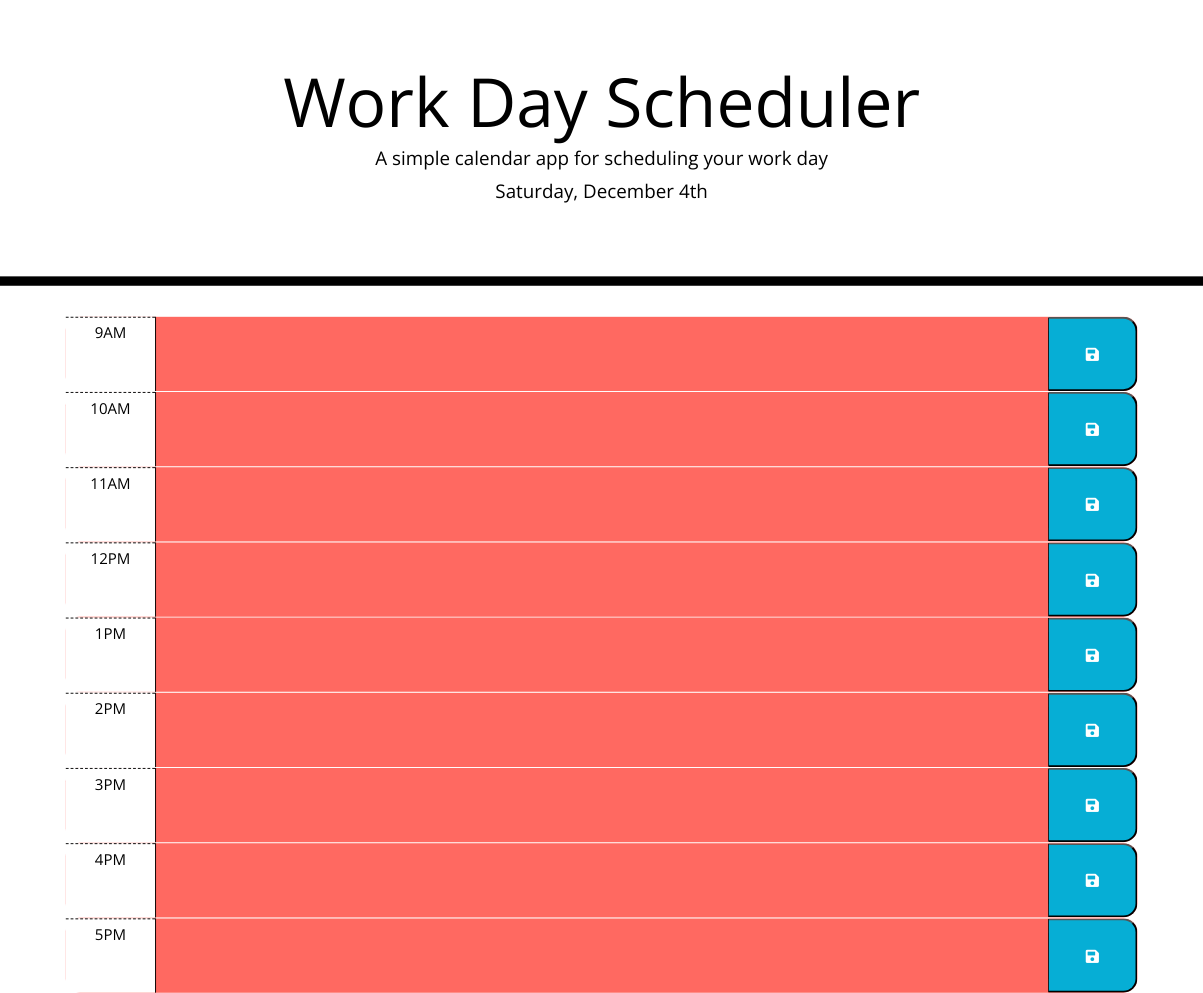
Repository: brenhamp/work-day-scheduler
Page: Develop/index.html
These files come from the project's save history. The page is drawn as it stood at one moment and after the next save; the edit follows.
The browser window is 1280 px wide. The pictures show the whole page, at 94% of full size.
Some web libraries are served in a nearby version.

Above is the page before, as saved 2021-12-05 22:26:23.

### Develop/index.html
<!DOCTYPE html>
<html lang="en">
  <head>
    <meta charset="UTF-8" />
    <meta name="viewport" content="width=device-width, initial-scale=1.0" />
    <meta http-equiv="X-UA-Compatible" content="ie=edge" />
    <link
      rel="stylesheet"
      href="https://stackpath.bootstrapcdn.com/bootstrap/4.3.1/css/bootstrap.min.css"
    />
    <link
      rel="stylesheet"
      href="https://use.fontawesome.com/releases/v5.8.1/css/all.css"
      integrity="sha384-50oBUHEmvpQ+1lW4y57PTFmhCaXp0ML5d60M1M7uH2+nqUivzIebhndOJK28anvf"
      crossorigin="anonymous"
    />
    <link
      href="https://fonts.googleapis.com/css?family=Open+Sans&display=swap"
      rel="stylesheet"
    />
    <link rel="stylesheet" href="style.css" />
    <title>Work Day Scheduler</title>
  </head>

  <body>
    <header class="jumbotron">
      <h1 class="display-3">Work Day Scheduler</h1>
      <p class="lead">A simple calendar app for scheduling your work day</p>
      <p id="currentDay" class="lead"></p>
    </header>
    <div class="container">
      <!-- Timeblocks go here -->
      <div class="row time-block" id="9">
        <div class="col-1 hour pt-2">9AM</div>
        <textarea class="col-10 plan"></textarea>
        <button id="9am" class="col saveBtn"><i class="fas fa-save"></i></button>
      </div>

      <div class="row time-block" id="10">
        <div class="col-1 hour pt-2">10AM</div>
        <textarea class="col-10 plan"></textarea>
        <button id="10am" class="col saveBtn"><i class="fas fa-save"></i></button>
      </div>

      <div class="row time-block" id="11">
        <div class="col-1 hour pt-2">11AM</div>
        <textarea class="col-10 plan"></textarea>
        <button id="11am" class="col saveBtn"><i class="fas fa-save"></i></button>
      </div>

      <div class="row time-block" id="12">
        <div class="col-1 hour pt-2">12PM</div>
        <textarea class="col-10 plan"></textarea>
        <button id="12pm" class="col saveBtn"><i class="fas fa-save"></i></button>
      </div>

      <div class="row time-block" id="13">
        <div class="col-1 hour pt-2">1PM</div>
        <textarea class="col-10 plan"></textarea>
        <button id="1pm" class="col saveBtn"><i class="fas fa-save"></i></button>
      </div>

      <div class="row time-block" id="14">
        <div class="col-1 hour pt-2">2PM</div>
        <textarea class="col-10 plan"></textarea>
        <button id="2pm" class="col saveBtn"><i class="fas fa-save"></i></button>
      </div>

      <div class="row time-block" id="15">
        <div class="col-1 hour pt-2">3PM</div>
        <textarea class="col-10 plan"></textarea>
        <button id="3pm" class="col saveBtn"><i class="fas fa-save"></i></button>
      </div>

      <div class="row time-block" id="16">
        <div class="col-1 hour pt-2">4PM</div>
        <textarea class="col-10 plan"></textarea>
        <button id="4pm" class="col saveBtn"><i class="fas fa-save"></i></button>
      </div>

      <div class="row time-block" id="17">
        <div class="col-1 hour pt-2">5PM</div>
        <textarea class="col-10 plan"></textarea>
        <button id="5pm" class="col saveBtn"><i class="fas fa-save"></i></button>
      </div>
    </div>

    <script src="https://code.jquery.com/jquery-3.4.1.min.js"></script>
    <script src="https://cdnjs.cloudflare.com/ajax/libs/moment.js/2.24.0/moment.min.js"></script>
    <script src="./script.js"></script>
  </body>
</html>

### assets/css/style.css
body {
  font-family: 'Open Sans', sans-serif;
  font-size: 16px;
  line-height: 1;
}

textarea{
  background: transparent;
  border: none;
  resize: none;
  color: #000000;
  border-left: 1px solid black;
  padding: 10px;
}

.jumbotron {
  text-align: center;
  background-color: transparent;
  color: black;
  border-radius: 0;
  border-bottom: 10px solid black;
}

.description{
  white-space: pre-wrap;
}

.time-block{
  text-align: center;
  border-radius: 15px;
}

.row {
  white-space: pre-wrap;
  height: 80px;
  border-top: 1px solid white;;
}

.hour {
  background-color: #ffffff;
  color: #000000;
  border-top: 1px dashed #000000;
}

.past {
  background-color: #d3d3d3;
  color: white;
}

.present {
  background-color: #ff6961;
  color: white;
}

.future {
  background-color: #77dd77;
  color: white;
}

.saveBtn {
  border-left: 1px solid black;
  border-top-right-radius: 15px;
  border-bottom-right-radius: 15px;
  background-color: #06AED5;
  color: white;
}

.saveBtn i:hover {
  font-size: 20px;
  transition: all .3s ease-in-out;
}

### Develop/script.js


$(document).ready(function() {

    //display today's date
$("#currentDay").text(moment().format("dddd, MMMM Do"));
var currentTime = moment().format("H A");
var events = [];

    //when the user clicks the save button
    $(".saveBtn").click(function(event) {
        //pull the time ID from the chosen slot
        var value = $(this).siblings(".plan").val();
        var time = $(this).parent().attr("id");
        var dateAdded = moment().format("dddd, MMMM Do");

        events.push({description: value, time: time, date: dateAdded});

        //put in local storage
        localStorage.setItem("events", JSON.stringify(events));
    });

    //check if user's current time is before or after the selected time slot
function timeCheck() {
    //get current hour
    var hourNow = moment().hours();
    console.log(hourNow);

    //check hour of each block
    $(".time-block").each(function() {
        var timeBlockHour = parseInt($(this).attr("id").split("-")[1]);
        console.log(timeBlockHour);


    //compare and assign classes
    if (timeBlockHour < hourNow) {
        $(this).addClass("past");
    }

    else if (timeBlockHour > hourNow) {
        $(this).removeClass("past");
        $(this).addClass("future");
    }

    else {
        $(this).removeClass("past");
        $(this).removeClass("future");
        $(this).addClass("present");
    }
});
}

//call the function
timeCheck();

//check if current time has changed
var secondsLeft = 5;
function setTime() {
    setInterval(function() {
        secondsLeft--;

        if (secondsLeft === 0) {
            timeCheck();
            secondsLeft = 5;
        }

    }, 1000);
    }
    setTime();

//check if the date has rolled over
var today = moment().format("dddd, MMMM Do");
    for (var i = 0; i < events.length; i++) {
        if (today.isAfter(events[i].date)) {
            events[i].description = "";
            events[i].time = "";
            events[i].date = "";
            events.length = 0;
        }
    }

//check localstorage for saved data in any time block
var storedEvents = JSON.parse(localStorage.getItem("events"));
    if (storedEvents !== null) {
        events = storedEvents;
    }

    for (var i = 0; i < events.length; i++) {
        var userDescription = events[i].description;
        $("#" + events[i].time).children(".plan").text(userDescription);
    }

var interval = setInterval(timeCheck, 15000)
});

After the next save:
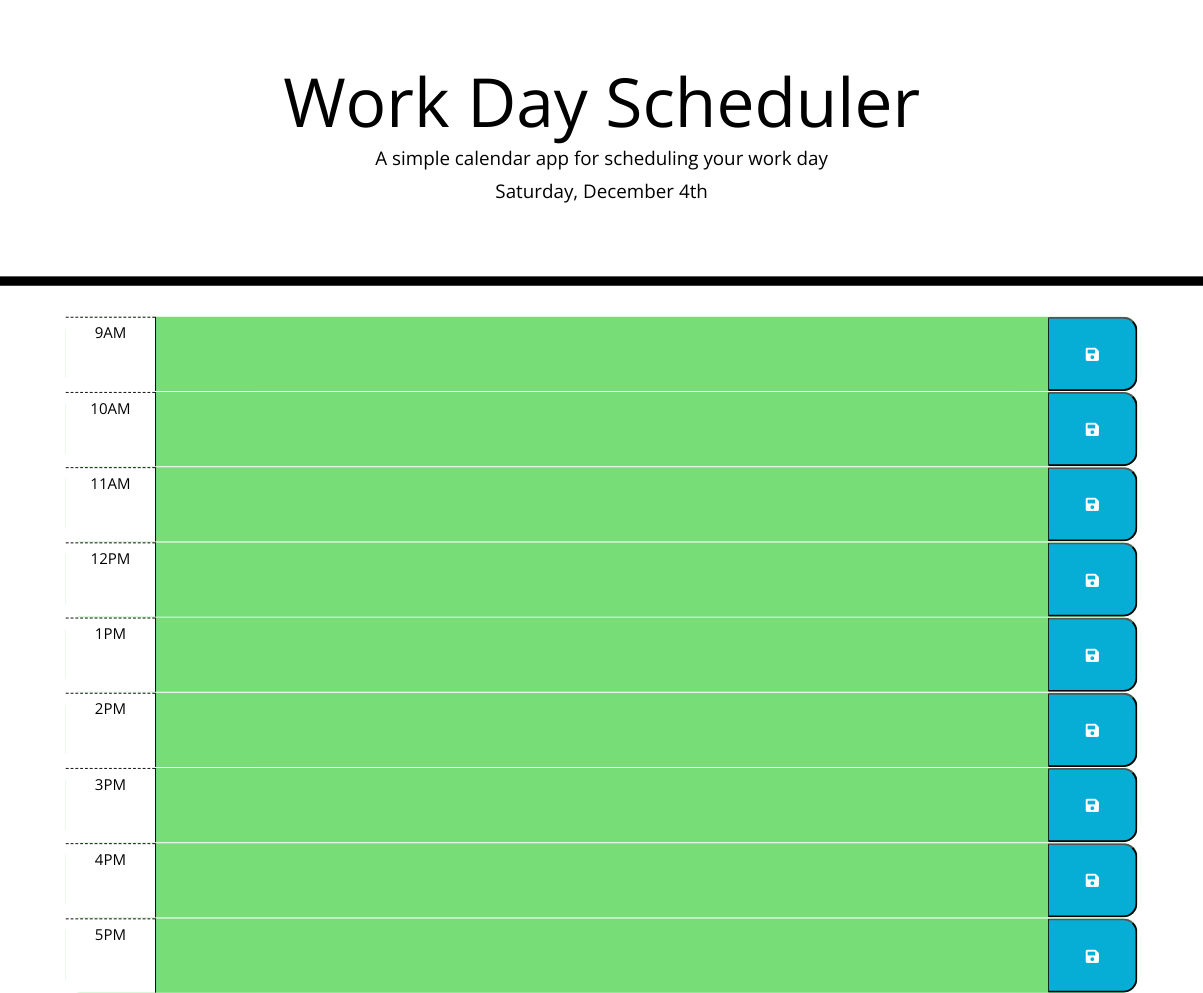
Saved 3 min 11 s later.
--- a/Develop/script.js
+++ b/Develop/script.js
@@ -28,7 +28,7 @@
 
     //check hour of each block
     $(".time-block").each(function() {
-        var timeBlockHour = parseInt($(this).attr("id").split("-")[1]);
+        var timeBlockHour = parseInt($(this).attr("id"));
         console.log(timeBlockHour);
 
 

After the 2 saves that followed:
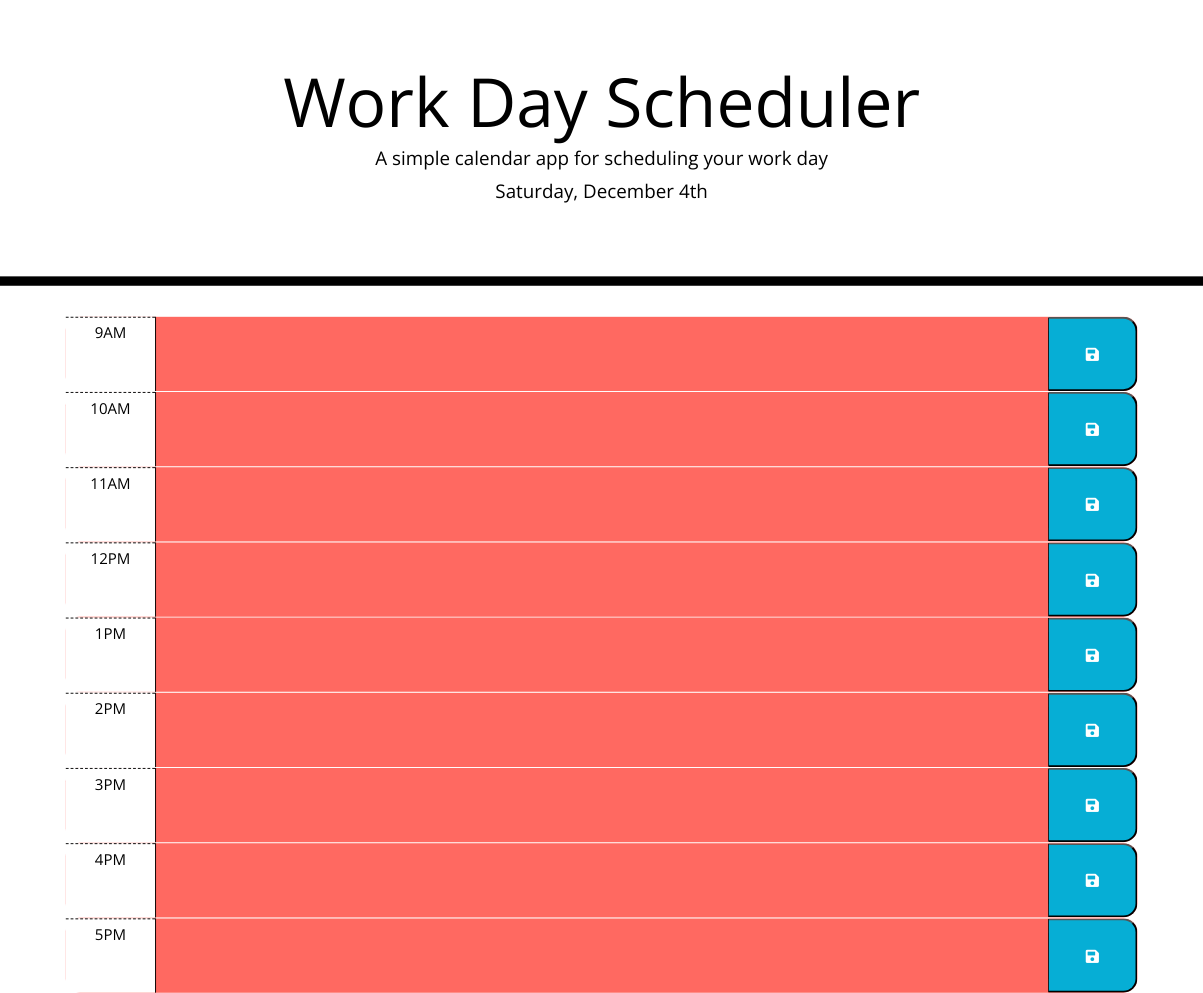
The 2 saves are shown as one change because 1 left the picture as it was.
The last was saved 104 s later.
--- a/Develop/script.js
+++ b/Develop/script.js
@@ -28,17 +28,20 @@
 
     //check hour of each block
     $(".time-block").each(function() {
-        var timeBlockHour = parseInt($(this).attr("id"));
+        var timeBlockHour = parseInt($(this).attr("id").split("-")[1]);
         console.log(timeBlockHour);
 
 
     //compare and assign classes
     if (timeBlockHour < hourNow) {
+        $(this).removeClass("future")
+        $(this).removeClass("present");
         $(this).addClass("past");
     }
 
     else if (timeBlockHour > hourNow) {
         $(this).removeClass("past");
+        $(this).removeClass("present");
         $(this).addClass("future");
     }
 
@@ -54,14 +57,14 @@
 timeCheck();
 
 //check if current time has changed
-var secondsLeft = 5;
+var secondsLeft = 15;
 function setTime() {
     setInterval(function() {
         secondsLeft--;
 
         if (secondsLeft === 0) {
             timeCheck();
-            secondsLeft = 5;
+            secondsLeft = 15;
         }
 
     }, 1000);
